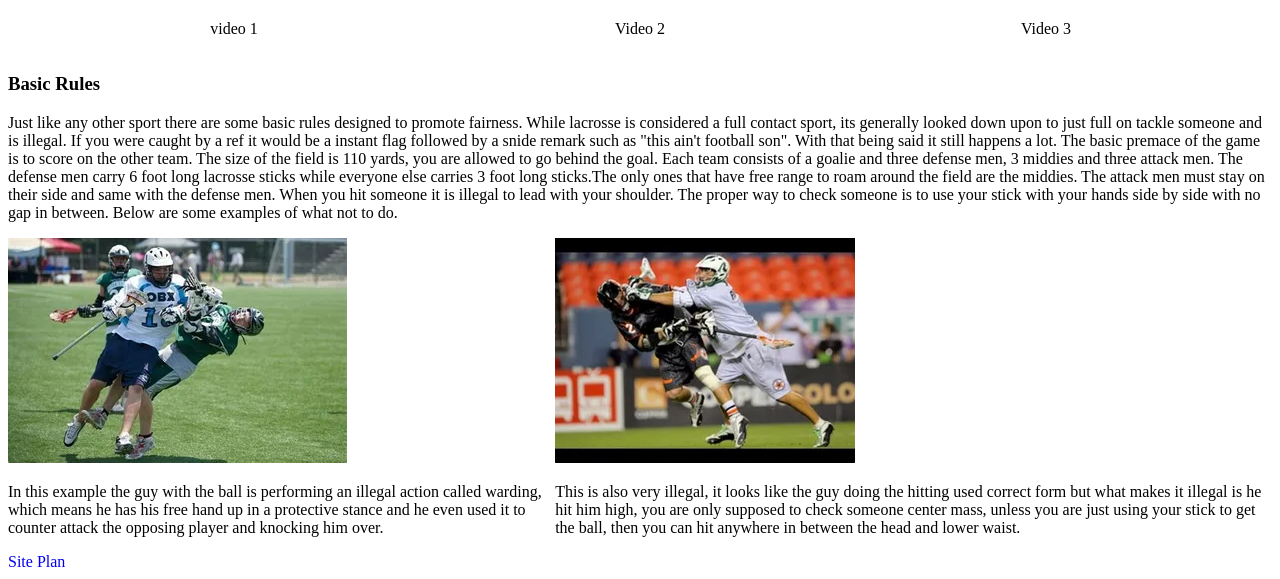
Repository: nak97/personal-site
Page: lacrosse.html
These files come from the project's save history. The page is drawn as it stood at one moment and after the next save; the edit follows.
The browser window is 1280 px wide. The pictures show the part of the page from y = 540 to 1209 px (the page is 1119 px tall before and 1209 px after).

Above is the page before, as saved 2023-03-17 09:02:02.

After the next save:
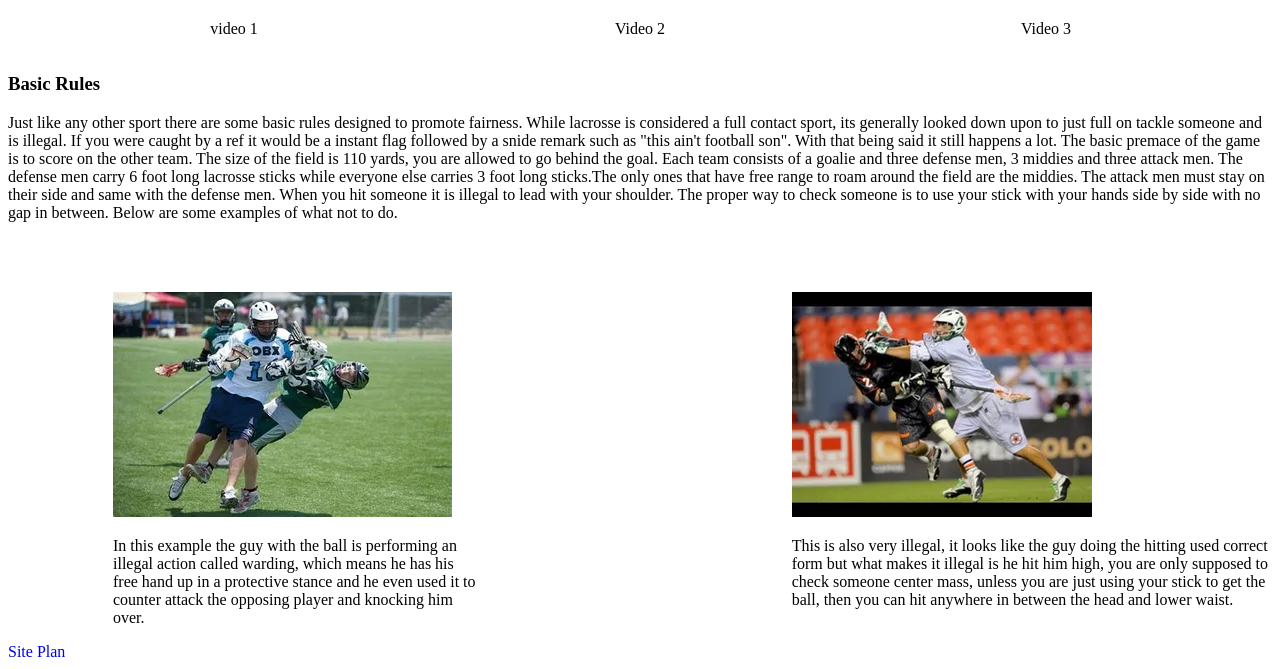
Saved 10 min 27 s later.
--- a/personal-site.css
+++ b/personal-site.css
@@ -19,4 +19,24 @@ nav{
 .images {
   display: flex;
   justify-content: space-between;
+  padding-top: 54px;
 }
+
+.img1{
+  margin-left: 105px;
+}
+
+.img2{
+  margin-left: 312px;
+}
+
+.img-1 p{
+  text-align: center;
+  padding-right: 93px;
+}
+
+
+.img-2 p{
+  padding-left: 210px;
+  text-align: center;
+}
